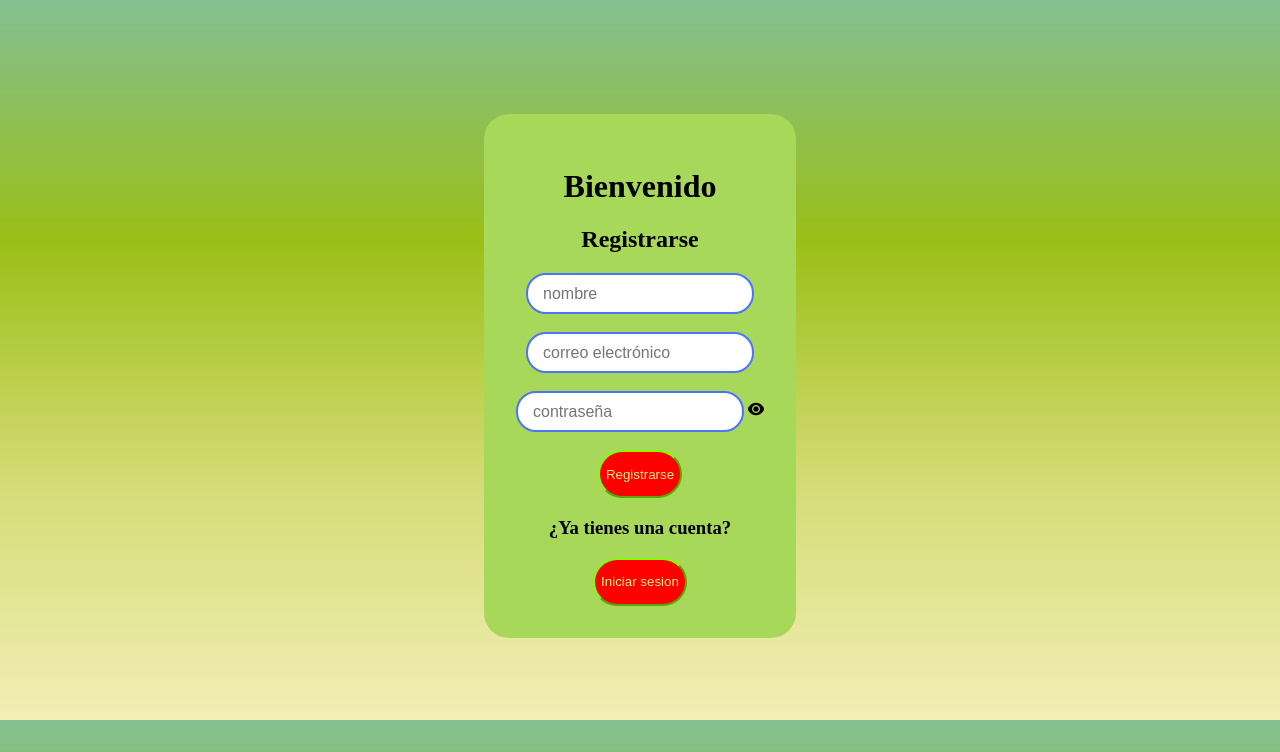
Repository: carrascokarencb37-afk/Nuura
Page: html/registrarse.html
These files come from the project's save history. The page is drawn as it stood at one moment and after a run of saves; the edit follows.
The browser window is 1280 px wide. The pictures show the whole page.
Backgrounds fixed to the window are drawn as part of the page. Some web libraries are served in a nearby version.

Above is the page before, as saved 2026-05-28 22:51:57.

### html/registrarse.html
<!DOCTYPE html>
<html lang="es">
<head>
    <meta charset="UTF-8">
    <meta name="viewport" content="width=device-width, initial-scale=1.0">

    <title>Nuura - Registrarse</title>

    <link rel="stylesheet" href="../css/style.css">
    <link rel="icon" href="../img/Nuura.png" type="png">

        <script src="../js/script.js" defer></script>

</head>
    <body>
        <div class="borde">
            <div class="cont">
                <h1>Bienvenido</h1>
                <h2>Registrarse</h2>

        <form action="../php/guardar.php" method="POST">
                <input type="text" name="nombre" placeholder="nombre" id="nombre">
                <br><br>
                <input type="email" name="correo" id="correo" placeholder="correo electrónico">
                <br><br>
            <div class="contra">
                <input type="password" name="contra" id="contra" placeholder="contraseña">
                <span onclick="mostrarContra()" class="ojo">
                    <i
                        class="fi fi-sr-eye">
                    </i>
                </span>
                <br><br>
            </div>

                <button type="submit" class="chapito">Registrarse</button>

        </form>
                <h3>¿Ya tienes una cuenta?</h3>

                <a href="iniciarsesion.html"><button class="chapito">Iniciar sesion</button></a>

            </div>
        </div>

    </body>
</html>

### css/style.css
@import url('https://cdn-uicons.flaticon.com/4.0.0/uicons-solid-rounded/css/uicons-solid-rounded.css');

/*Importar fuente chewy*/
@font-face {
    font-family: 'chewy';
    src: url(../fonts/Chewy-Regular.ttf) format('truetype');
    font-weight: normal;
    font-style: normal;
}


body {
    background-image: linear-gradient(to top, #f3eeb6, #d4db74, #9abf17, #84bf93);
    background-size: cover;
    background-attachment: fixed;
    min-height: 100vh;
    margin: 0;

    justify-content: center;
    text-align: center;
    padding: 1rem;
    display: flex;
    align-items: center;
    justify-content: center;
}

.titulo {
    font-family: Arial, Helvetica, sans-serif;
}

.boton {
    text-decoration: none;
}

/*Aqui empieza el estilo de INICIAR SESION.html*/
.cont{
    border-radius: 25px;
    background-color: #a7d859;
    padding: 2rem;

.cont h1{
    color: rgb(2, 20, 5);
    font-family:cursive;
}
.cont h3{
    color:rgb(2, 20, 5);
    font-family:cursive;
}

.borde{
    background-color: #F1F191;
    border-radius:25px;
    padding: 2rem;
}

/*registros*/
.cont input{
    border-radius:30px;
    height: 2rem;
    width: 15rem;
    border-color: rgb(148, 189, 241);
}
.cont ::placeholder{
    color: rgb(0, 129, 58);
}

input{
    color: #004d00;
    max-width: 230px;
    min-height: 35px;

    border-radius: 20px;
    border: 2px solid #4c74ff;

    padding-left: 15px;

    color: #145214;

    font-size: 16px;

    outline: none;
}

/*ojito password*/
.fi fi-sr-eye{
    position: absolute;
    right: 15px;
    top: 8px;
    transform: translateY(-50%);
    cursor: pointer;
}

/*botones*/
.chapito{
    border-radius: 25px;
    background-color:rgb(78, 167, 42) ;
    border-color: chartreuse;
    height: 2rem;
    color: #F1F191;
    transition: 1s;
    background-color: red;
    height: 3rem;
    cursor: pointer;
}
.chapito:hover{
    background-color:rgb(148, 189, 241);
    color: blue;
    border-color: blue;
    transition: 1s;
    transform: scale(1.05);
}

/* Móviles medianos (480px - 768px) */
@media (min-width: 481px) and (max-width: 768px) {
    body {
        padding: 1rem;
    }

    .borde {
        max-width: 500px;
    }

    .cont {
        max-width: 400px;
    }

    .cont input {
        max-width: 260px;
    }

    input {
        max-width: 260px;
    }

    .contra {
        max-width: 260px;
    }
}

/* Móviles en horizontal y tablets pequeñas */
@media (max-width: 768px) {
    .chapito:hover {
        transform: none; /* Evita problemas de hover en táctil */
    }
}

/* Ajuste para pantallas muy pequeñas (menos de 360px) */
@media (max-width: 360px) {
    .cont {
        padding: 1rem;
    }

    .chapito {
        width: 100%;
        max-width: 200px;
        font-size: 0.85rem;
    }

    .cont h1 {
        font-size: 1.4rem;
    }

    .cont h2 {
        font-size: 1.1rem;
    }
}

### js/script.js
//Aqui está el código para mostrar la contraseña en el input de iniciar sesión
function mostrarContra() {
    const input = document.getElementById('contra');
    if (input.type === 'password') {
        input.type = 'text';
    }else {
        input.type = 'password';
    }

}

After the next 3 saves:
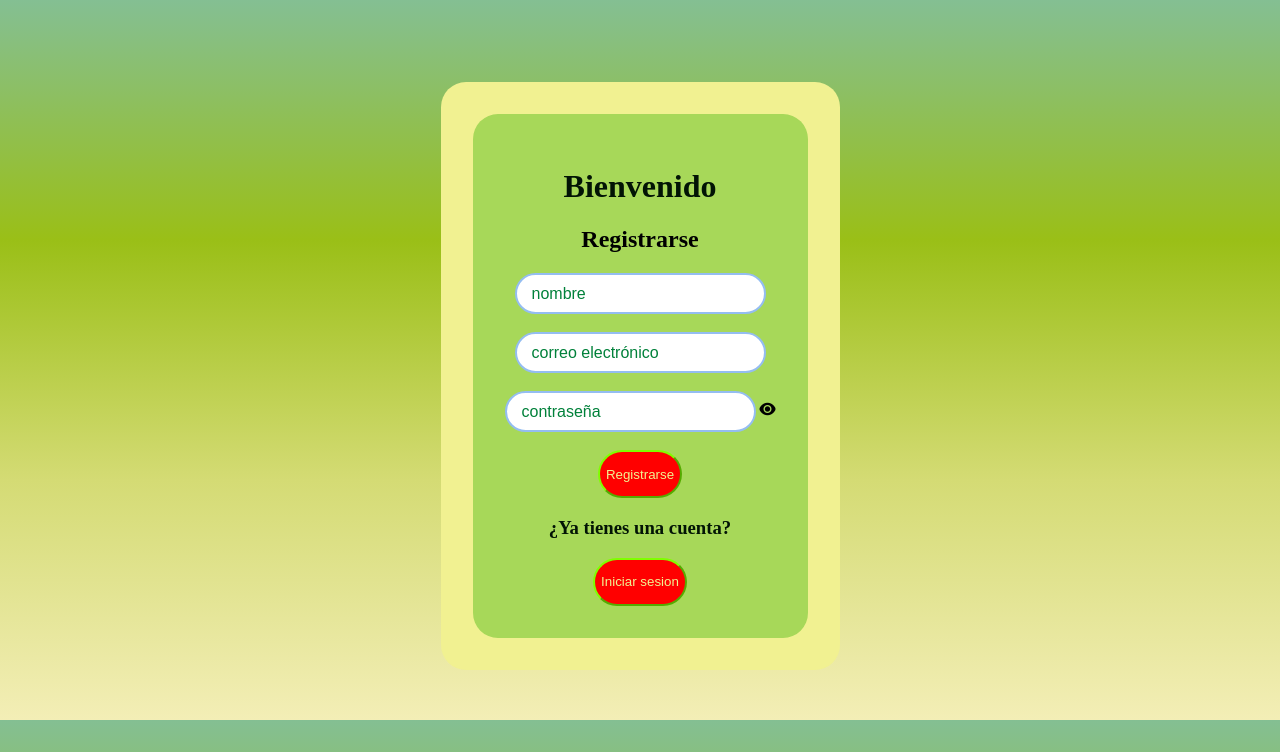
The 3 saves are shown as one change because they came seconds apart.
The last was saved 11 s later.
--- a/css/style.css
+++ b/css/style.css
@@ -37,7 +37,9 @@ body {
     border-radius: 25px;
     background-color: #a7d859;
     padding: 2rem;
+    min-width: 70%;
 
+}
 .cont h1{
     color: rgb(2, 20, 5);
     font-family:cursive;
